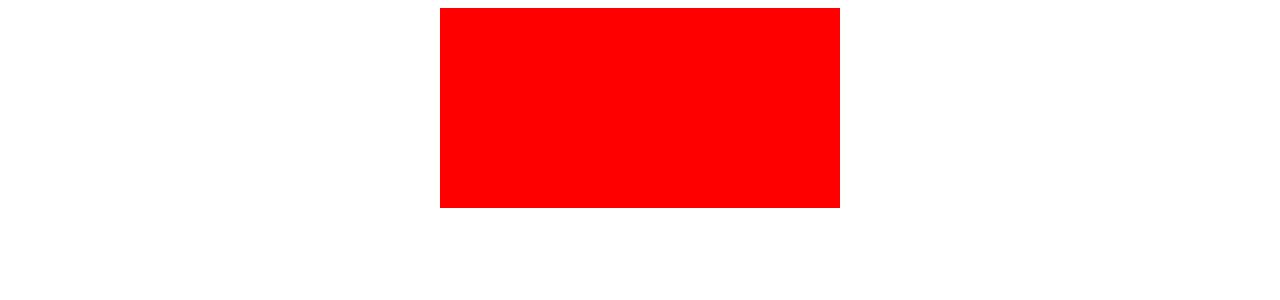
Repository: 9136424556/todo01
Page: coachtech/html-css/css1-13問.html
An editor plug-in stored every save of this project. The page is shown before and after the next save, followed by the edit.
The browser window is 1280 px wide. The pictures show the whole page.

Above is the page before, as saved 2023-11-27 12:27:38.

### coachtech/html-css/css1-13問.html
<!DOCTYPE html>
<html lang="jp">
<head>
    <meta charset="UTF-8">
    <meta name="viewport" content="width=device-width, initial-scale=1.0">
    <title>Document</title>
    <link rel="stylesheet" href="css/css1-13問.css">
</head>
<body>
    <div class="box-sizing"></div>
</body>
</html>

### coachtech/html-css/css/css1-13問.css
.box-sizing{
    width: 400px;
    height: 200px;
    margin: 50px;
    background-color: red;
    margin: 0px auto;
}

After the next save:
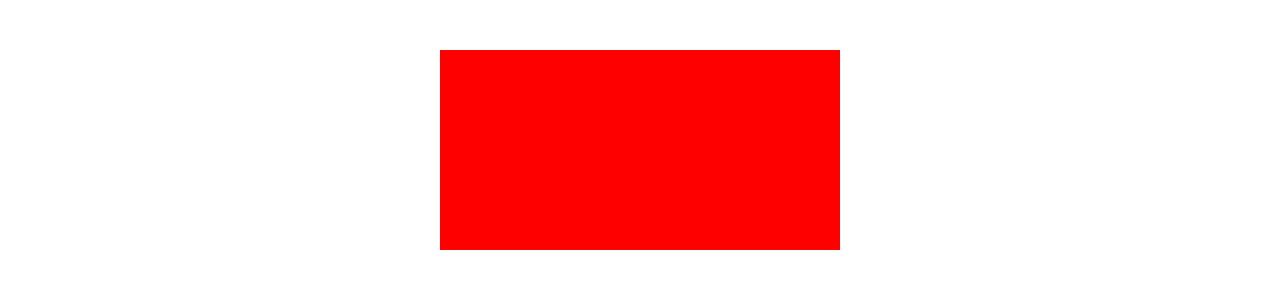
Saved 100 s later.
--- a/coachtech/html-css/css/css1-13問.css
+++ b/coachtech/html-css/css/css1-13問.css
@@ -3,5 +3,5 @@
     height: 200px;
     margin: 50px;
     background-color: red;
-    margin: 0px auto;
+    margin: 50px auto;
 }

After the save that followed:
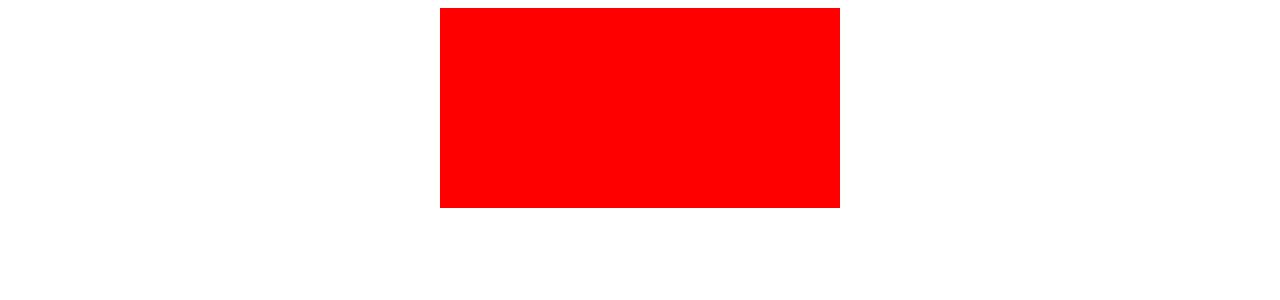
Saved 45 s later.
--- a/coachtech/html-css/css/css1-13問.css
+++ b/coachtech/html-css/css/css1-13問.css
@@ -3,5 +3,5 @@
     height: 200px;
     margin: 50px;
     background-color: red;
-    margin: 50px auto;
+    margin: 0px auto;
 }
